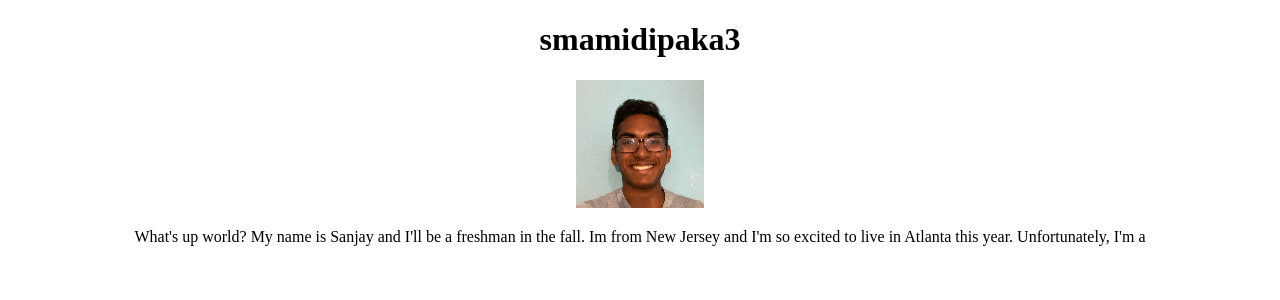
Repository: sanjayMamidipaka/cs1301
Page: lab01/index.html
The author's editor kept a copy of each file at every save. The page is drawn from the files as they stood at one save, then again after the next save.
The browser window is 1280 px wide. The pictures show the whole page.

Above is the page before, as saved 2021-07-22 15:53:39.

After the next save:
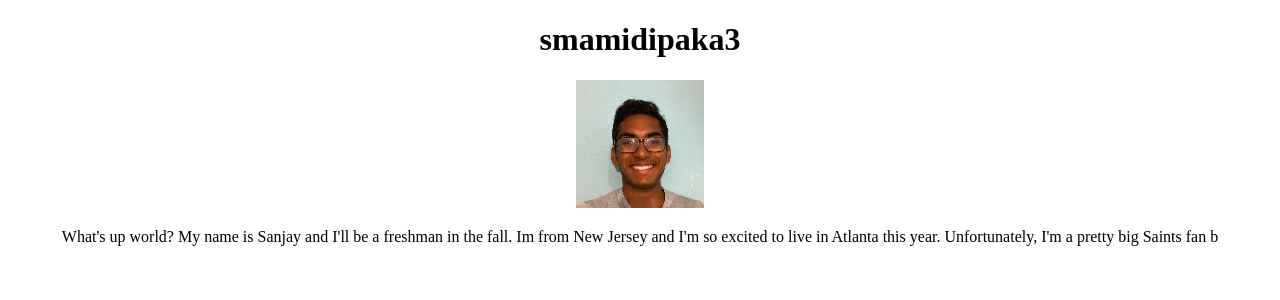
Saved 8 s later.
--- a/lab01/index.html
+++ b/lab01/index.html
@@ -10,6 +10,6 @@
     <img src="image.png" alt="My Picture">
     <p>
         What's up world? My name is Sanjay and I'll be a freshman in the fall. Im from New Jersey and I'm so excited to live in Atlanta this year.
-        Unfortunately, I'm a
+        Unfortunately, I'm a pretty big Saints fan b
     </p>
   </div>
